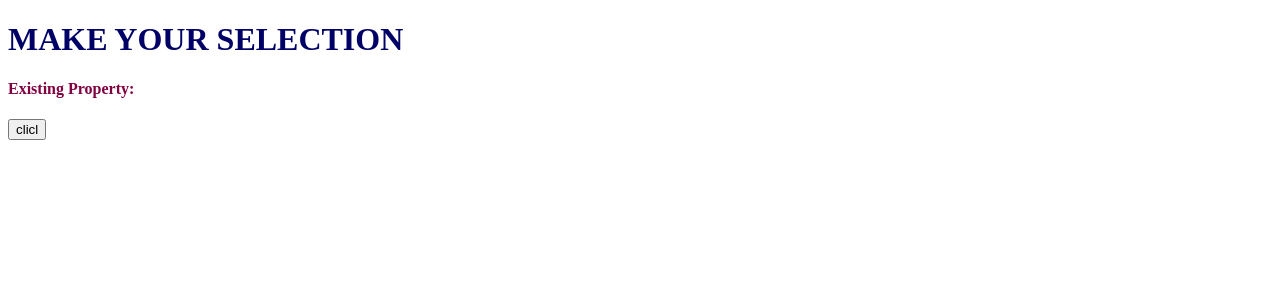
Repository: vinodkumarr269/microservices
Page: http://localhost/MicroServiceProducer/Select.jsp
An editor plug-in stored every save of this project. The page is shown before and after the next save, followed by the edit.
The browser window is 1280 px wide. The pictures show the whole page.
The page is served by Tomcat 9. Other server files are loaded and not shown.

Above is the page before, as saved 2019-10-17 16:24:47.

### microservice/MicroServiceProducer/src/main/webapp/Select.jsp
<%@ page language="java" contentType="text/html; charset=ISO-8859-1"
    pageEncoding="ISO-8859-1"%>
<!DOCTYPE html>
<html>
<head>
<meta charset="ISO-8859-1">
<title>Insert title here</title>
</head>
<body>
<form method="post" action = " " >
<h1 style="color:#000066">MAKE YOUR SELECTION</h1>
<h4 style="color:#800040">Existing Property:</h4>
<input type="button" value="clicl" class="Existing"/>
<br/>
<br/>
<h4 style="color:#800040"></h4>


</form>

</body>
</html>

After the next save:
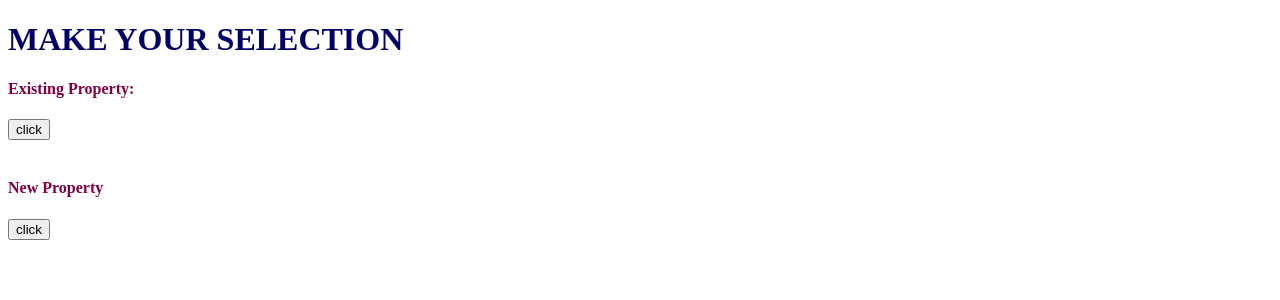
Saved 21 s later.
--- a/microservice/MicroServiceProducer/src/main/webapp/Select.jsp
+++ b/microservice/MicroServiceProducer/src/main/webapp/Select.jsp
@@ -10,11 +10,12 @@
 <form method="post" action = " " >
 <h1 style="color:#000066">MAKE YOUR SELECTION</h1>
 <h4 style="color:#800040">Existing Property:</h4>
-<input type="button" value="clicl" class="Existing"/>
+<input type="button" value="click" class="Existing"/>
 <br/>
 <br/>
-<h4 style="color:#800040"></h4>
-
+<h4 style="color:#800040">New Property</h4>
+<input type="button" value="click" class="Existing"/>
+<br/>
 
 </form>
 
